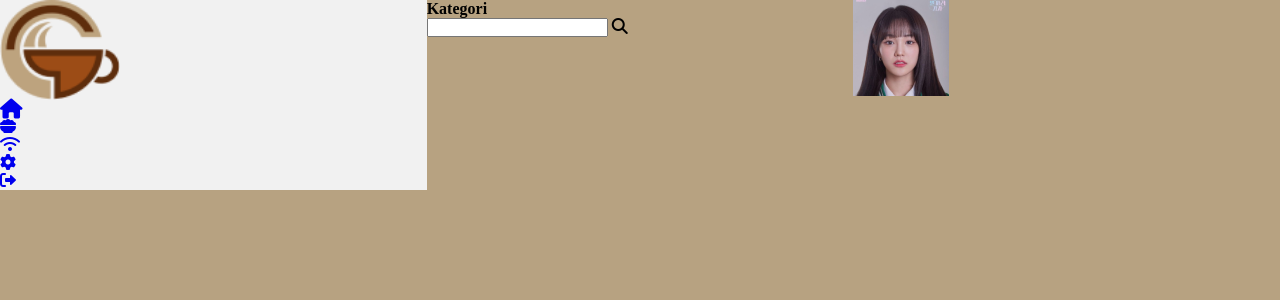
Repository: DanielChuaaa/sbd2
Page: index.html
An editor plug-in stored every save of this project. The page is shown before and after the next save, followed by the edit.
The browser window is 1280 px wide. The pictures show the whole page.
Some web libraries are served in a nearby version.

Above is the page before, as saved 2023-10-20 09:59:40.

### index.html
<!DOCTYPE html>
<html lang="en">
<head>
    <meta charset="UTF-8">
    <meta name="viewport" content="width=device-width, initial-scale=1.0">
    <title>Document</title>
    <link href="https://fonts.googleapis.com/css2?family=Roboto+Mono:wght@400;600;700&display=swap" rel="stylesheet" />
    <link
      rel="stylesheet"
      href="https://cdnjs.cloudflare.com/ajax/libs/font-awesome/6.1.2/css/all.min.css"
      integrity="sha512-1sCRPdkRXhBV2PBLUdRb4tMg1w2YPf37qatUFeS7zlBy7jJI8Lf4VHwWfZZfpXtYSLy85pkm9GaYVYMfw5BC1A=="
      crossorigin="anonymous"
      referrerpolicy="no-referrer"
    />
    <link rel="stylesheet" href="style.css">
</head>
<body>
    <div class="container">
        <div class="grid-wrapper">
            <div class="icon">
                <img src="/assets/logo projek SBD 1.png" width="120px" height="100px" alt="logo">
                <a href="#"><i class="fa-solid fa-house fa-lg"></i></a>
                <a href="#"><i class="fa-solid fa-bowl-food"></i></a>
                <a href="#"><i class="fa-solid fa-wifi"></i></a>
                <a href="#"><i class="fa-solid fa-gear"></i></a>
                <a href="#"><i class="fa-solid fa-right-from-bracket"></i></a>
            </div>

            <div class="content">
                <div class="nav">
                    <h4>Kategori</h4>
                    <input type="text" name="text" id="text">
                    <i class="fa-solid fa-magnifying-glass"></i>
                </div>

                <div class="menu"></div>
            </div>

            <div class="order">
                <img src="/assets/g_8___8_idola_cantik_berbakat_alumni_sm_entertainment_yang_sudah_debut_di_girlgroup_agensi_lain_p_eks_sm_trainee-20220408-001-non_fotografer_kly 1.png" alt="">
            </div>
        </div>
    </div>
</body>
</html>

### style.css
:root{
    --clr-primary-100: #B7A281;

    --clr-neutral-100: #A2A2A2;
    --clr-neutral-200: #D9D9D9;
    --clr-neutral-300: #F8F8F8;
    --clr-neutral-400: #f1f1f1;

    --ff: "Roboto Mono", monospace;

    --fw-regular: 400;
    --fw-semi-bold: 600;
    --fw-bold: 700;
}

*{
    box-sizing: border-box;
    margin: 0;
    padding: 0;
}

body{
    background-color: #B7A281;
}

.grid-wrapper{
    display: grid;
    grid-template-columns: 1fr 1fr 1fr;
}

.icon{
    background: var(--clr-neutral-400);

    display: flex;
    flex-direction: column;
}

/* .fa-solid{
    width: 50px;
    height: 50px;
} */

After the next save:
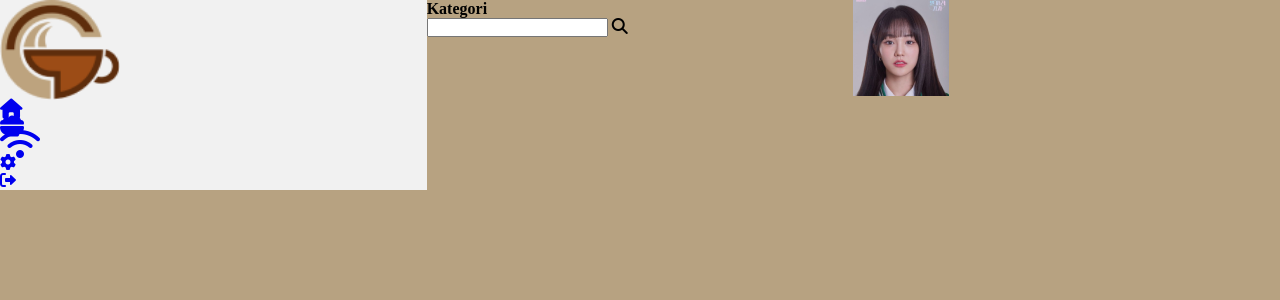
Saved 21 s later.
--- a/index.html
+++ b/index.html
@@ -20,8 +20,8 @@
             <div class="icon">
                 <img src="/assets/logo projek SBD 1.png" width="120px" height="100px" alt="logo">
                 <a href="#"><i class="fa-solid fa-house fa-lg"></i></a>
-                <a href="#"><i class="fa-solid fa-bowl-food"></i></a>
-                <a href="#"><i class="fa-solid fa-wifi"></i></a>
+                <a href="#"><i class="fa-solid fa-bowl-food fa-xl"></i></a>
+                <a href="#"><i class="fa-solid fa-wifi fa-2xl"></i></a>
                 <a href="#"><i class="fa-solid fa-gear"></i></a>
                 <a href="#"><i class="fa-solid fa-right-from-bracket"></i></a>
             </div>
